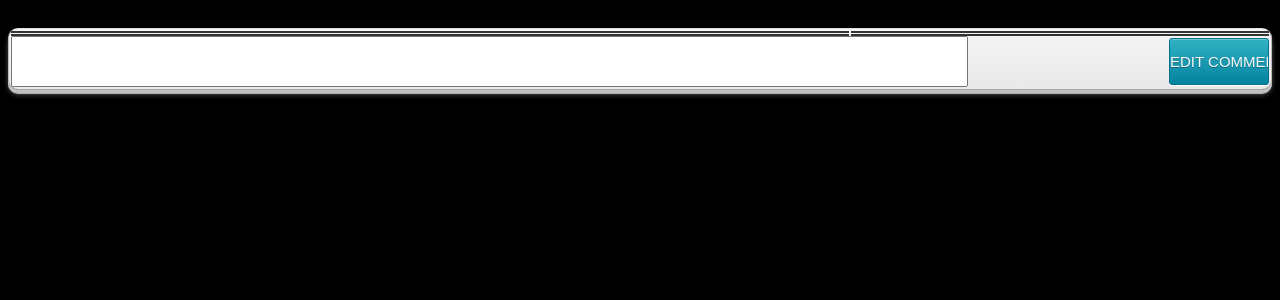
Repository: SuvakovSrdjan/WebForum
Page: http://localhost/Simple-web-forum/EditComment.jsp
An editor plug-in stored every save of this project. The page is shown before and after the next save, followed by the edit.
The browser window is 1280 px wide. The pictures show the whole page.
The page is served by Tomcat 9. Other server files are loaded and not shown.

Above is the page before, as saved 2017-09-18 19:40:10.

### Simple-web-forum/WebContent/EditComment.jsp
<%@ page language="java" contentType="text/html; charset=UTF-8"
    pageEncoding="UTF-8"%>
<%@taglib uri="http://java.sun.com/jsp/jstl/core" prefix="c"%>
<!DOCTYPE html PUBLIC "-//W3C//DTD HTML 4.01 Transitional//EN" "http://www.w3.org/TR/html4/loose.dtd">
<html>
<head>
<meta http-equiv="Content-Type" content="text/html; charset=UTF-8">
<title>Infinite Comment</title>
<link rel="stylesheet" type="text/css" href="WEB-SRC/StyleSettingsMainPage.css">
</head>
<body>

<form style="padding-top: 20px;" name="msgForm"  method="post" action="InfiniteCommentServlet">
	<table>
		<tr>
			<td colspan = "2"><textarea style="resize: none;" rows="3" cols="117" name="commentText"></textarea></td>
			<td><input style="padding-right: 20px" type="submit" name="addComment" value="Edit Comment" id="submit"></td>
		</tr>
	</table>
</form>

</body>
</html>

### Simple-web-forum/WebContent/WEB-SRC/StyleSettingsMainPage.css
@charset "UTF-8";
body {
	background-color: activecaption;
	font: 12px Lucida sans, Arial, Helvetica, sans-serif;
	color: #333;
	text-align: center;
}

h1 {
	color: white;
}
img{
	width: 50px;
	height: 50px;
	white-space: -o-pre-wrap;
    word-wrap: break-word;
    white-space: pre-wrap;
    white-space: -moz-pre-wrap;
    white-space: -pre-wrap;
}
ul {
	list-style-type:none;
    background-color: #444444;
	background-image: -webkit-gradient(linear, left top, left bottom, from(#444444), to(#eae8e8));
	background-image: -webkit-linear-gradient(top, #f6f6f6, #eae8e8);
	background-image: -moz-linear-gradient(top, #444444, #eae8e8);
	background-image: -ms-linear-gradient(top, #f6f6f6, #eae8e8);
	background-image: -o-linear-gradient(top, #f6f6f6, #eae8e8);
	background-image: linear-gradient(top, #f6f6f6, #eae8e8);
	border-color: #dedede #bababa #aaa #bababa;
	border-style: solid;
	border-width: 1px;
	-webkit-border-radius: 10px;
	-moz-border-radius: 10px;
	border-radius: 10px;
	-webkit-box-shadow: 0 3px 3px rgba(255,255,255,.1), 0 3px 0 #bbb, 0 4px 0 #aaa, 0 5px 5px #444;
	-moz-box-shadow: 0 3px 3px rgba(255,255,255,.1), 0 3px 0 #bbb, 0 4px 0 #aaa, 0 5px 5px #444;
	box-shadow: 0 3px 3px rgba(255,255,255,.1), 0 3px 0 #bbb, 0 4px 0 #aaa, 0 5px 5px #444;




    overflow: auto; /* Enable scrolling if the sidenav has too much content */
}
li {
   float: left;
   background-color: #444444;
	background-image: -webkit-gradient(linear, left top, left bottom, from(#444444), to(#eae8e8));
	background-image: -webkit-linear-gradient(top, #f6f6f6, #eae8e8);
	background-image: -moz-linear-gradient(top, #444444, #eae8e8);
	background-image: -ms-linear-gradient(top, #f6f6f6, #eae8e8);
	background-image: -o-linear-gradient(top, #f6f6f6, #eae8e8);
	background-image: linear-gradient(top, #f6f6f6, #eae8e8);
	border-color: #dedede #bababa #aaa #bababa;
	border-style: solid;
	border-width: 1px;
	-webkit-border-radius: 10px;
	-moz-border-radius: 10px;
	border-radius: 10px;
	-webkit-box-shadow: 0 3px 3px rgba(255,255,255,.1), 0 3px 0 #bbb, 0 4px 0 #aaa, 0 5px 5px #444;
	-moz-box-shadow: 0 3px 3px rgba(255,255,255,.1), 0 3px 0 #bbb, 0 4px 0 #aaa, 0 5px 5px #444;
	box-shadow: 0 3px 3px rgba(255,255,255,.1), 0 3px 0 #bbb, 0 4px 0 #aaa, 0 5px 5px #444;

	overflow: hidden;
	padding: 0px;
}
li:last-child {
    border-right-style: none;
    border-left-style: inset;
    border-left-color: #111111;
    float:right;
}
a {
    display: block;
    padding: 17px;
    background-color: #333333;
}

table{
	list-style-type: circle;
    background-color: #444444;
	background-image: -webkit-gradient(linear, left top, left bottom, from(#444444), to(#eae8e8));
	background-image: -webkit-linear-gradient(top, #f6f6f6, #eae8e8);
	background-image: -moz-linear-gradient(top, #444444, #eae8e8);
	background-image: -ms-linear-gradient(top, #f6f6f6, #eae8e8);
	background-image: -o-linear-gradient(top, #f6f6f6, #eae8e8);
	background-image: linear-gradient(top, #f6f6f6, #eae8e8);
	border-color: #dedede #bababa #aaa #bababa;
	border-style: solid;
	border-width: 1px;
	-webkit-border-radius: 10px;
	-moz-border-radius: 10px;
	border-radius: 10px;
	-webkit-box-shadow: 0 3px 3px rgba(255,255,255,.1), 0 3px 0 #bbb, 0 4px 0 #aaa, 0 5px 5px #444;
	-moz-box-shadow: 0 3px 3px rgba(255,255,255,.1), 0 3px 0 #bbb, 0 4px 0 #aaa, 0 5px 5px #444;
	box-shadow: 0 3px 3px rgba(255,255,255,.1), 0 3px 0 #bbb, 0 4px 0 #aaa, 0 5px 5px #444;
	table-layout: fixed;
	width: 100%;



    overflow: auto; /* Enable scrolling if the sidenav has too much content */
}

 td {
 	background-color: light-yellow;
 	Width: auto;
	Height: auto;
    border-style: none;
    border-top: thick double #333333;
	color: black;
	font-size: medium;
	text-align: left;
	white-space: -o-pre-wrap;
    word-wrap: break-word;
    white-space: pre-wrap;
    white-space: -moz-pre-wrap;
    white-space: -pre-wrap;
    padding: 0px;
 }
 td:img {
 	background-color: light-yellow;
 	Width: 250px;
	Height: 250px;
    border-style: none;
    border-top: thick double #333333;
	color: black;
	font-size: medium;
	text-align: left;
	white-space: -o-pre-wrap;
    word-wrap: break-word;
    white-space: pre-wrap;
    white-space: -moz-pre-wrap;
    white-space: -pre-wrap;
    padding: 0px;
 }
th {
 	background-color: light-yellow;
 	Width: auto;
	Height: auto;
	font-size: large;
    border-style: none;
    padding: 0px;
 }

header {
    background-color: #84e3e9;
    padding: 20px 0;
    padding-left:50px;
	padding-right:50px;
}
a:link {
    color: white;
    text-decoration: none;
    font-style: oblique;
}

/* visited link */
a:visited {
    color: white;
    text-decoration: none;
    font-style: oblique;
}

/* mouse over link */
a:hover {
    background-color: #31b2c3;
	background-image: -webkit-gradient(linear, left top, left bottom, from(#0483a0), to(#31b2c3));
	background-image: -webkit-linear-gradient(top, #0483a0, #31b2c3);
	background-image: -moz-linear-gradient(top, #0483a0, #31b2c3);
	background-image: -ms-linear-gradient(top, #0483a0, #31b2c3);
	background-image: -o-linear-gradient(top, #0483a0, #31b2c3);
	background-image: linear-gradient(top, #0483a0, #31b2c3);
}

/* selected link */
a:active {
    -webkit-box-shadow: 0 1px 4px rgba(0, 0, 0, 0.5) inset;
	-moz-box-shadow: 0 1px 4px rgba(0, 0, 0, 0.5) inset;
	box-shadow: 0 1px 4px rgba(0, 0, 0, 0.5) inset;
	outline: 0;
}


.form-wrapper {
	background-color: #444444;
	background-image: -webkit-gradient(linear, left top, left bottom, from(#444444), to(#eae8e8));
	background-image: -webkit-linear-gradient(top, #f6f6f6, #eae8e8);
	background-image: -moz-linear-gradient(top, #444444, #eae8e8);
	background-image: -ms-linear-gradient(top, #f6f6f6, #eae8e8);
	background-image: -o-linear-gradient(top, #f6f6f6, #eae8e8);
	background-image: linear-gradient(top, #f6f6f6, #eae8e8);
	border-color: #dedede #bababa #aaa #bababa;
	border-style: solid;
	border-width: 1px;
	-webkit-border-radius: 10px;
	-moz-border-radius: 10px;
	border-radius: 10px;
	-webkit-box-shadow: 0 3px 3px rgba(255,255,255,.1), 0 3px 0 #bbb, 0 4px 0 #aaa, 0 5px 5px #444;
	-moz-box-shadow: 0 3px 3px rgba(255,255,255,.1), 0 3px 0 #bbb, 0 4px 0 #aaa, 0 5px 5px #444;
	box-shadow: 0 3px 3px rgba(255,255,255,.1), 0 3px 0 #bbb, 0 4px 0 #aaa, 0 5px 5px #444;

	overflow: hidden;
	padding: 2px;
	width: 450px;
}

.form-wrapper #search {
	border: 1px solid #;
	-webkit-box-shadow: 0 1px 1px #ddd inset, 0 1px 0 #FFF;
	-moz-box-shadow: 0 1px 1px #ddd inset, 0 1px 0 #FFF;
	box-shadow: 0 1px 1px #ddd inset, 0 1px 0 #FFF;
	-webkit-border-radius: 3px;
	-moz-border-radius: 3px;
	border-radius: 3px;
  color: #999;
	float: left;
	font: 16px Lucida Sans, Trebuchet MS, Tahoma, sans-serif;
	height: 12px;
	padding: 10px;
	width: 320px;
}
form{
	float: left;
}

.form-wrapper #search:focus {
	border-color: #aaa;
	-webkit-box-shadow: 0 1px 1px #bbb inset;
	-moz-box-shadow: 0 1px 1px #bbb inset;
	box-shadow: 0 1px 1px #bbb inset;
	outline: 0;
}

.form-wrapper #search:-moz-placeholder,
.form-wrapper #search:-ms-input-placeholder,
.form-wrapper #search::-webkit-input-placeholder {
	color: #999;
	font-weight: normal;
}

.form-wrapper #submit {
	background-color: #0483a0;
	background-image: -webkit-gradient(linear, left top, left bottom, from(#31b2c3), to(#0483a0));
	background-image: -webkit-linear-gradient(top, #31b2c3, #0483a0);
	background-image: -moz-linear-gradient(top, #31b2c3, #0483a0);
	background-image: -ms-linear-gradient(top, #31b2c3, #0483a0);
	background-image: -o-linear-gradient(top, #31b2c3, #0483a0);
	background-image: linear-gradient(top, #31b2c3, #0483a0);
	border: 1px solid #00748f;
	-moz-border-radius: 3px;
	-webkit-border-radius: 3px;
	border-radius: 3px;
	-webkit-box-shadow: 0 1px 0 rgba(255, 255, 255, 0.3) inset, 0 1px 0 #FFF;
	-moz-box-shadow: 0 1px 0 rgba(255, 255, 255, 0.3) inset, 0 1px 0 #FFF;
	box-shadow: 0 1px 0 rgba(255, 255, 255, 0.3) inset, 0 1px 0 #FFF;
	color: #fafafa;
	cursor: pointer;
	height: 42px;
	float: right;
	font: 15px Arial, Helvetica;
	padding: 0;
	text-transform: uppercase;
	text-shadow: 0 1px 0 rgba(0, 0 ,0, .3);
	width: 100px;
}

.form-wrapper #submit:hover,
.form-wrapper #submit:focus {
	background-color: #31b2c3;
	background-image: -webkit-gradient(linear, left top, left bottom, from(#0483a0), to(#31b2c3));
	background-image: -webkit-linear-gradient(top, #0483a0, #31b2c3);
	background-image: -moz-linear-gradient(top, #0483a0, #31b2c3);
	background-image: -ms-linear-gradient(top, #0483a0, #31b2c3);
	background-image: -o-linear-gradient(top, #0483a0, #31b2c3);
	background-image: linear-gradient(top, #0483a0, #31b2c3);
}

.form-wrapper #submit:active {
	-webkit-box-shadow: 0 1px 4px rgba(0, 0, 0, 0.5) inset;
	-moz-box-shadow: 0 1px 4px rgba(0, 0, 0, 0.5) inset;
	box-shadow: 0 1px 4px rgba(0, 0, 0, 0.5) inset;
	outline: 0;
}

.form-wrapper #submit::-moz-focus-inner {
	border: 0;
}

form #submit {
	background-color: #0483a0;
	background-image: -webkit-gradient(linear, left top, left bottom, from(#31b2c3), to(#0483a0));
	background-image: -webkit-linear-gradient(top, #31b2c3, #0483a0);
	background-image: -moz-linear-gradient(top, #31b2c3, #0483a0);
	background-image: -ms-linear-gradient(top, #31b2c3, #0483a0);
	background-image: -o-linear-gradient(top, #31b2c3, #0483a0);
	background-image: linear-gradient(top, #31b2c3, #0483a0);
	border: 1px solid #00748f;
	-moz-border-radius: 3px;
	-webkit-border-radius: 3px;
	border-radius: 3px;
	-webkit-box-shadow: 0 1px 0 rgba(255, 255, 255, 0.3) inset, 0 1px 0 #FFF;
	-moz-box-shadow: 0 1px 0 rgba(255, 255, 255, 0.3) inset, 0 1px 0 #FFF;
	box-shadow: 0 1px 0 rgba(255, 255, 255, 0.3) inset, 0 1px 0 #FFF;
	color: #fafafa;
	cursor: pointer;
	height: 47px;
	float: right;
	font: 15px Arial, Helvetica;
	padding: 0px;
	text-transform: uppercase;
	text-shadow: 0 1px 0 rgba(0, 0 ,0, .3);
	width: 100px;
}

form #submit:hover,
form #submit:focus {
	background-color: #31b2c3;
	background-image: -webkit-gradient(linear, left top, left bottom, from(#0483a0), to(#31b2c3));
	background-image: -webkit-linear-gradient(top, #0483a0, #31b2c3);
	background-image: -moz-linear-gradient(top, #0483a0, #31b2c3);
	background-image: -ms-linear-gradient(top, #0483a0, #31b2c3);
	background-image: -o-linear-gradient(top, #0483a0, #31b2c3);
	background-image: linear-gradient(top, #0483a0, #31b2c3);
}

form #submit:active {
	-webkit-box-shadow: 0 1px 4px rgba(0, 0, 0, 0.5) inset;
	-moz-box-shadow: 0 1px 4px rgba(0, 0, 0, 0.5) inset;
	box-shadow: 0 1px 4px rgba(0, 0, 0, 0.5) inset;
	outline: 0;
}

form #submit::-moz-focus-inner {
	border: 0;
}

After the next save:
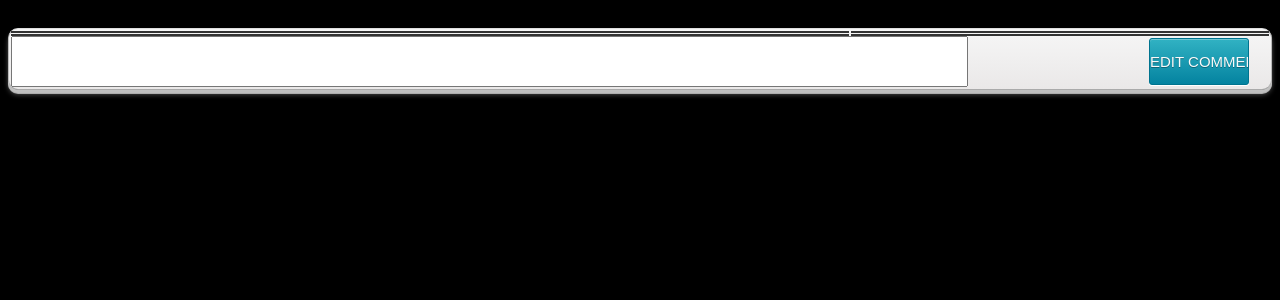
Saved 11 s later.
--- a/Simple-web-forum/WebContent/EditComment.jsp
+++ b/Simple-web-forum/WebContent/EditComment.jsp
@@ -14,7 +14,7 @@
 	<table>
 		<tr>
 			<td colspan = "2"><textarea style="resize: none;" rows="3" cols="117" name="commentText"></textarea></td>
-			<td><input style="padding-right: 20px" type="submit" name="addComment" value="Edit Comment" id="submit"></td>
+			<td><input style="padding-right: 20px; margin-right: 20px" type="submit" name="addComment" value="Edit Comment" id="submit"></td>
 		</tr>
 	</table>
 </form>
